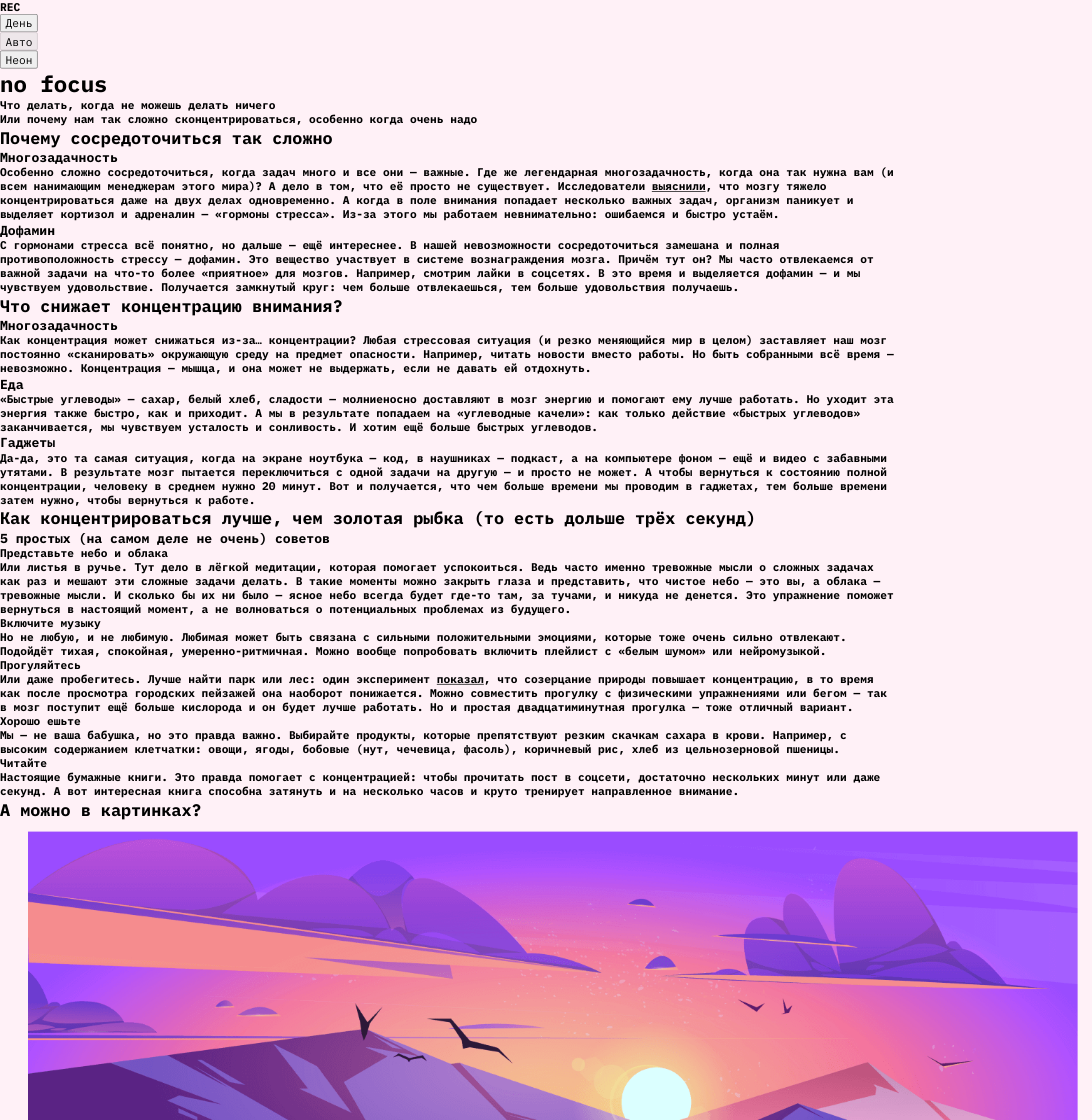
Repository: NikWolf75/slozhno-sosredotochitsya-fd
Page: index.html
The author's editor kept a copy of each file at every save. The page is drawn from the files as they stood at one save, then again after the next save.
The browser window is 1280 px wide. The page is 1540 px wide, then 1560 px, so the pictures cover 1560 px, including what lies to the right of the window. The pictures show the part of the page from y = 0 to 1600 px (the page is 4320 px tall before and 7362 px after), at 70% of full size.

Above is the page before, as saved 2025-02-27 21:30:58.

### index.html
<!DOCTYPE html>
<html lang="ru">
  <head>
    <meta charset="UTF-8" />
    <meta http-equiv="X-UA-Compatible" content="IE=edge" />
    <meta name="viewport" content="width=device-width, initial-scale=1.0" />
    <meta name="color-scheme" content="dark light" />
    <link rel="stylesheet" href="/fonts/fonts.css" />
    <link rel="stylesheet" href="/styles/globals.css" />
    <link rel="stylesheet" href="/styles/variables.css" />
    <link rel="stylesheet" href="/styles/style.css" />
    <link rel="stylesheet" href="/styles/dark.css" />
    <link rel="stylesheet" href="/styles/light.css" />
    <link rel="icon" href="/images/favicon.ico" sizes="any" />
    <link rel="icon" href="/images/favicon.svg" type="image/svg+xml" />
    <title>Сложно сосредоточиться</title>
    <script src="./scripts/script.js"></script>
  </head>
  <body class="page">
    <header class="header decorated-zone">
      <p class="rec_element">REC</p>
      <nav class="header__theme-menu">
        <ul class="header__theme-menu-list">
          <li class="header__theme-menu-item">
            <button
              class="header__theme-menu-button header__theme-menu-button_type_light"
            >
              День
            </button>
          </li>
          <li class="header__theme-menu-item">
            <button
              class="header__theme-menu-button header__theme-menu-button_active header__theme-menu-button_type_auto"
              disabled
            >
              Авто
            </button>
          </li>
          <li class="header__theme-menu-item">
            <button
              class="header__theme-menu-button header__theme-menu-button_type_dark"
            >
              Неон
            </button>
          </li>
        </ul>
      </nav>
      <h1 class="title_main">no focus</h1>
      <div class="title-decor">
        <p>Что делать, когда не можешь делать ничего</p>
        <p>
          Или почему нам так сложно сконцентрироваться, особенно когда очень
          надо
        </p>
      </div>
    </header>
    <main class="content">
      <section class="content__section">
        <h2 class="question_text">Почему сосредоточиться так сложно</h2>
        <article class="content__answers">
          <h3 class=".content__answer-short">Многозадачность</h3>
          <p class="answer_large">
            Особенно сложно сосредоточиться, когда задач много и все они —
            важные. Где же легендарная многозадачность, когда она так нужна вам
            (и всем нанимающим менеджерам этого мира)? А дело в том, что её
            просто не существует. Исследователи
            <a class="link-text" href="#0">выяснили</a>, что мозгу тяжело
            концентрироваться даже на двух делах одновременно. А когда в поле
            внимания попадает несколько важных задач, организм паникует и
            выделяет кортизол и адреналин — «гормоны стресса». Из-за этого мы
            работаем невнимательно: ошибаемся и быстро устаём.
          </p>
        </article>
        <article class="content__answers">
          <h3 class=".content__answer-short">Дофамин</h3>
          <p class="answer_large">
            С гормонами стресса всё понятно, но дальше — ещё интереснее. В нашей
            невозможности сосредоточиться замешана и полная противоположность
            стрессу — дофамин. Это вещество участвует в системе вознаграждения
            мозга. Причём тут он? Мы часто отвлекаемся от важной задачи на
            что-то более «приятное» для мозгов. Например, смотрим лайки в
            соцсетях. В это время и выделяется дофамин — и мы чувствуем
            удовольствие. Получается замкнутый круг: чем больше отвлекаешься,
            тем больше удовольствия получаешь.
          </p>
        </article>
      </section>
      <section class="content__section content__what">
        <h2 class="question_text">Что снижает концентрацию внимания?</h2>
        <article class="content__answers">
          <h3 class="content__answer-short">Многозадачность</h3>
          <p class="answer_large">
            Как концентрация может снижаться из-за… концентрации? Любая
            стрессовая ситуация (и резко меняющийся мир в целом) заставляет наш
            мозг постоянно «сканировать» окружающую среду на предмет опасности.
            Например, читать новости вместо работы. Но быть собранными всё время
            — невозможно. Концентрация — мышца, и она может не выдержать, если
            не давать ей отдохнуть.
          </p>
        </article>
        <article class="content__answers">
          <h3 class="content__answer-short">Еда</h3>
          <p class="answer_large">
            «Быстрые углеводы» — сахар, белый хлеб, сладости — молниеносно
            доставляют в мозг энергию и помогают ему лучше работать. Но уходит
            эта энергия также быстро, как и приходит. А мы в результате попадаем
            на «углеводные качели»: как только действие «быстрых углеводов»
            заканчивается, мы чувствуем усталость и сонливость. И хотим ещё
            больше быстрых углеводов.
          </p>
        </article>
        <article class="content__answers">
          <h3 class="content__answer-short">Гаджеты</h3>
          <p class="answer_large">
            Да-да, это та самая ситуация, когда на экране ноутбука — код, в
            наушниках — подкаст, а на компьютере фоном — ещё и видео с забавными
            утятами. В результате мозг пытается переключиться с одной задачи на
            другую — и просто не может. А чтобы вернуться к состоянию полной
            концентрации, человеку в среднем нужно 20 минут. Вот и получается,
            что чем больше времени мы проводим в гаджетах, тем больше времени
            затем нужно, чтобы вернуться к работе.
          </p>
        </article>
      </section>
      <section class="content__section">
        <h2 class="question_text">
          Как концентрироваться лучше, чем золотая рыбка (то есть дольше трёх
          секунд)
        </h2>
        <article class="content__answers advice">
          <h3 class="content__answer-short sub_content__answer-short">
            5 простых (на самом деле не очень) советов
          </h3>
          <h4 class="advice">
            Представьте небо и облака
          </h4>
          <p class="answer_large">
            Или листья в ручье. Тут дело в лёгкой медитации, которая помогает
            успокоиться. Ведь часто именно тревожные мысли о сложных задачах как
            раз и мешают эти сложные задачи делать. В такие моменты можно
            закрыть глаза и представить, что чистое небо — это вы, а облака —
            тревожные мысли. И сколько бы их ни было — ясное небо всегда будет
            где-то там, за тучами, и никуда не денется. Это упражнение поможет
            вернуться в настоящий момент, а не волноваться о потенциальных
            проблемах из будущего.
          </p>
        </article>
          <h4 class="advice">
            Включите музыку
          </h4>
          <p class="answer_large">
            Но не любую, и не любимую. Любимая может быть связана с сильными
            положительными эмоциями, которые тоже очень сильно отвлекают.
            Подойдёт тихая, спокойная, умеренно-ритмичная. Можно вообще
            попробовать включить плейлист с «белым шумом» или нейромузыкой.
          </p>
          <h4 class="advice">
            Прогуляйтесь
          </h4>
          <p class="answer_large">
            Или даже пробегитесь. Лучше найти парк или лес: один эксперимент
            <a class="link-text" href="#0">показал</a>, что созерцание природы
            повышает концентрацию, в то время как после просмотра городских
            пейзажей она наоборот понижается. Можно совместить прогулку с
            физическими упражнениями или бегом — так в мозг поступит ещё больше
            кислорода и он будет лучше работать. Но и простая двадцатиминутная
            прогулка — тоже отличный вариант.
          </p>
          <h4 class="advice">
            Хорошо ешьте
          </h4>
          <p class="answer_large">
            Мы — не ваша бабушка, но это правда важно. Выбирайте продукты,
            которые препятствуют резким скачкам сахара в крови. Например, с
            высоким содержанием клетчатки: овощи, ягоды, бобовые (нут, чечевица,
            фасоль), коричневый рис, хлеб из цельнозерновой пшеницы.
          </p>
          <h4 class="advice">
            Читайте
          </h4>
          <p class="answer_large">
            Настоящие бумажные книги. Это правда помогает с концентрацией: чтобы
            прочитать пост в соцсети, достаточно нескольких минут или даже
            секунд. А вот интересная книга способна затянуть и на несколько
            часов и круто тренирует направленное внимание.
          </p>
        </article>
      </section>
      <section class="content__section content__gallery">
        <h2 class="content__answer-short">А можно в картинках?</h2>
        <div class="gallery">
          <figure class="gallery__item">
            <img
              class="content__section-image"
              src="./images/sunset.png"
              alt="Вид острова на закате"
              loading="lazy"
            />
          </figure>
          <figure class="gallery__item">
            <img
              class="gallery__section-image"
              src="./images/ice-cream.png"
              alt="Чаша с мороженным"
              loading="lazy"
            />
          </figure>
          <figure class="gallery__item">
            <img
              class="gallery__section-image"
              src="./images/tape.png"
              alt="Кассета"
              loading="lazy"
            />
          </figure>
          <figure class="gallery__item">
            <img
              class="gallery__section-image"
              src="./images/books.png"
              alt="Стопка книг"
              loading="lazy"
            />
          </figure>
          <figure class="gallery__item">
            <img
              class="gallery__section-image"
              src="./images/street.png"
              alt="Улица"
              loading="lazy"
            />
          </figure>
        </div>
      </section>
    </main>
    <footer class="footer decorated-zone">
      <h2 class="title_main footer__title">focus</h2>
    </footer>
  </body>
</html>

### styles/globals.css
*,
*::before,
*::after {
  box-sizing: border-box;
}

body {
  min-inline-size: 375px;
  max-inline-size: 1440px;
  margin: 0 auto;
}

h1,
h2,
h3,
h4,
h5,
h6,
p {
  margin: 0;
}

ul {
  margin: 0;
  padding: 0;
  list-style: none;
}

picture {
  margin: 0;
  padding: 0;
}

button,
a {
  font-family: inherit;
  font-size: inherit;
  line-height: inherit;
  color: currentColor;
}

### styles/variables.css
:root {
  --main-font: 'IBM Plex mono';
}

### styles/style.css
.page {
  display: flex;
  flex-direction: column;
  font-family: var(--main-font), monospace;

  position: relative;
  font-weight: 700;
  background-color: var(--main-background-color);
  background-image: var(--main-background-image;
  background-attachment: fixed;
  background-position: center;
  background-size: cover;
  color: var(--main-font-color);
 }

.decorated-zone {
  position: relative;
}

.decorated-zone::after,
.decorated-zone::before {
  position: absolute;
  inline-size: 25px;
  block-size: 25px;
  content: "";
  border: 1px solid var(--corner-color);
}

.decorated-zone::after {
  border-top: none;
  border-right: none;
  bottom: 10px;
  left: 10px;
}

@media (width >= 768px) {
  .decorated-zone::before {
    right: 20px;
    top: 20px;
  }
}

.decorated-zone::before {
  border-left: none;
  border-bottom: none;
  right: 10px;
  top: 10px;
}

@media (width >= 768px) {
  .decorated-zone::before {
    bottom: 20px;
    left: 20px;
  }
}

.rec_element {
  position: absolute;
  align-self: start;
  justify-self: end;
  margin: 0;
  right: 10px;
  margin-right: 28px;
  grid-column: 3;
  grid-row: 1;
  color: var(--rec-theme-color);
  gap: 10px;
}

@media (width >= 768px) {
  .rec_element {
    right: 20px;
  }
}

.rec_element::after {
  content: "";
  border-radius: 50%;
  position: absolute;
  top: 8px;
  left: 44px;
  background: var(--accent-color);
  width: 10px;
  height: 10px;
  box-shadow: 0 0 4px 2px var(--accent-color)
}

.header {
  display: grid;
  grid-template-columns: repeat(3, 1fr);
  grid-template-rows: 1fr min-content 1fr;
  align-items: center;
  justify-items: end;
  position: relative;
  block-size: min(668px, 100vh);
  padding: var(--main-padding-small, 10px);
  inline-size: 100%;
 }

 @media (width >= 768px) {
  .header {
    padding: 20px 20px 20px 0;
    block-size: max(1024px, 100vh);
  }
 }

 @media (width >= 1024px) {
  .header {
    block-size: max(768px, 100vh);
  }
 }

 .header__theme-menu {
  grid-column: 3;
  grid-row: 1;
  justify-self: end;
  align-self: center;
}

@media (width >= 1024px) {
  .header__theme-menu {
    grid-column: 1 / -1;
    align-self: start;
    justify-self: center;
    margin-left: 20px;
  }
 }

.header__theme-menu-list {
  display: flex;
  flex-direction: column;
  list-style: none;
  row-gap: 10px;
}

@media (width >= 1024px) {
  .header__theme-menu-list {
    display: flex;
    flex-direction: row;
    column-gap: 10px;
  }
 }

.header__theme-menu-button {
  font-family: inherit;
  background: transparent;
  color: var(--button-text-color);
  border: none;
  text-transform: lowercase;
  border: none;
  height: 26px;
  padding-right: 13px;
  padding-left: 13px;
}

.header__theme-menu-bitton:hover {
  outline: 1px solid var(--button-outline-color)
}

.header__theme-menu-button_active {
  outline: 1px solid var(--button-theme-colo);
}

.header__theme-menu-button:focus {
  outline: none;
  text-decoration: underline;
}

.header__theme-menu-button:focus-visible {
  outline: none;
  text-decoration: underline;
}

.title_main {
  font-family: inherit;
  font-size: clamp(7.25rem, 7.0115rem + 1.0178vw, 7.5rem);
  line-height: 95.7px;
  color: var(--title-main-text-color);
  text-shadow: 4px 4px 0 var(--accent-color);
  cursor: default;
  grid-column: 1 / -1;
  grid-row: 2;
}

@media (width >= 1024px) {
  .title_main {
    line-height: 129px;
  }
}

@media (width >= 768px) {
  .title_main {
    font-size: clamp(7.5rem, 0.5625rem + 14.4531vw, 9.8125rem);
    font-weight: 700;
    line-height: 99px;
  }
}

.title-decor {
  font-weight: 700;
  font-family: var(--main-font), monospace;
  line-height: 23px;
  background-color: var(--accent-color);
  color: var(--title-font-color);
  grid-row: 3;
  grid-column: 1 / -1;
  border: 1px solid var(--main-background-color);
  margin: 0;
  justify-self: end;
  align-self: center;
}

@media (width >= 768px) {
  .title-decor {
    max-width: 49%;
  }
}

.content {
  display: flex;
  box-sizing: border-box;
  flex-direction: column;
  padding: 40px 10px 0 10px;
  row-gap: 50px;
}

@media (width >= 768px) {
  .content {
    padding: 60px 20px 20px 20px;
    row-gap: 80px;
  }
  .content__section {
    display: grid;
    grid-template-columns: 1fr 2fr;
    column-gap: 20px;
  }
}

@media (width >= 1024px) {
  .content__section {
    column-gap: 10px;
  }
}

.content__what, .content__answers {
  margin-bottom: 20px;
}

.content__what, .content__answers:last-of-type {
  margin-bottom: 0;
}

.content__gallery, .content__answer-short {
  font-size: 18px;
}

@media (width >= 768px) and (width < 1024px) {
  .content__what,
  .content__gallery {
    display: grid;
    grid-template-columns: repeat(3, 1fr);
    grid-template-rows: min-content, 1fr;
    row-gap: 20px;
  }

  .content__what, .question_text {
    grid-row: 1;
    grid-column: 1;
  }

  .content__what, .content__answers {
    grid-row: 2;
    grid-column: 1 / -1;
    margin-bottom: 20px;
  }

  .content__gallery, .content__answer-short {
    grid-row: 1;
    grid-column: 1 / -1;
    margin: 0;
  }

  .content__gallery, .gallery {
    grid-row: 2;
    grid-column: 1 / -1;
  }
}

@media (width >= 1024px) {
  .content__what,
  .content__gallery {
    display: grid;
    grid-template-columns: repeat(3, 1fr);
    row-gap: 20px;
  }

  .content__what, .question_text {
    grid-row: 1;
    grid-column: 1;
  }

  .content__what, .content__answers {
    display: grid;
    grid-row: 2;
    grid-column: 1 / -1;
    column-gap: 20px;
    grid-template-columns: repeat(auto-fit, minmax(calc((100% - 40px) / 3), 1fr));
  }

  .content__gallery, .content__answer-short {
    grid-row: 1;
    grid-column: 1 / -1;
    margin: 0;
  }

  .content__gallery, .gallery {
    grid-row: 2;
    grid-column: 1 / -1;
  }
}

.question_text {
  font-family: var(--main-font), monospace;
  font-size: 18px;
  font-weight: 700;
  line-height: 23.5px;
  color: var(--question_text-color);
  margin: 0;
  margin-bottom: 20px;
}

@media (width >= 768px) {
  .question_text {
    padding-right: 9px;
    margin-bottom: 0;
  }
}

.content__answers {
  font-family: var(--main-font), monospace;
  font-size: 18px;
  font-weight: 700;
  line-height: 23.5px;
  color: var(--content__answer-short-color);
}

.content_how {
  display: flex;
  flex-direction: column;
}

.content__answer-short {
  color: var(--content__answer-short-color);
  background-color: var(--accent-color);
  margin: 0;
  margin-bottom: 10px;
  font-family: inherit;
  font-size: inherit;
  font-weight: inherit;
  line-height: inherit;
}

.sub_content__answer-short {
  margin-bottom: 20px;
}

.answer_large {
  font-family: inherit;
  font-size: inherit;
  font-weight: 400;
  line-height: inherit;
  color: var(--answer-text-color);
  margin: 0;
  margin-bottom: 20px;
}

.content__answers, .answer_large:last-of-type {
  margin-bottom: 0;
}

.link-text {
  text-decoration: none;
  color: inherit;
  text-shadow: 2px 2px 0 var(--shadow-accent-color);
}

.link-text:hover {
  border-bottom: 1px solid var(--menu-color);
}

.link-text:focus {
  outline: none;
  border: none;
}

.link-text:focus-visible {
  outline: 1px solid var(--answer-text-color);
  border: 1px solid transparent;
  color: var(--answer-text-color);
}

.advice {
  font-family: var(--main-font), monospace;
  font-size: 18px;
  font-weight: 400;
  background-color: var(--accent-color);
  line-height: 23.4px;
  margin: 0 0 10px 0;
}

.gallery {
  display: grid;
  grid-template-columns: 1fr;
  grid-template-rows: 142px 355px 237px 355px 237px;
  gap: 10px;
  grid-auto-flow: dense;
  margin-bottom: 40px;
}

.gallery__item {
  margin: o;
}

.gallery__section-image {
  object-fit: cover;
  inline-size: 100%;
  block-size: 100%;
}

@media (width >= 1024px) {
  .gallery {
    grid-template-rows: 260px 315px 433px;
  }
}

.footer {
  display: grid;
  height: 100vh;
  padding: 10px;
  block-size: max(668px, 100vh);
  grid-template-columns: 1fr;
  grid-template-rows: 1fr min-content 1fr;
}

@media (width >= 768px) {
  .footer {
    padding: 20px;
    block-size: max(1024px, 100vh);
  }
}

@media (width >= 1024px) {
  .footer {
    block-size: max(768px, 100vh);
  }
}

.footer_title {
  justify-self: center;
}

### styles/dark.css
:root.theme-dark {
  --title-short-text-color: #DB00FF;
  --header-background-image: url(../images/cover-image-dark.png);
  --title-text-color: #000028;
  --accent-color: #FF0070;
  --menu-color: #FF0070;
  --menu-color-rgb: rgba(255, 0, 112, 0.4);
  --shadow-accent-color: #FF0070;
  --main-background-color: #000028;
  --answer-text-color: #F1B2CE;
  --answer-short-text-color: #000028;
  --question-text-color: #FF0070;
  --corner-color: #FF0070;
}

.theme-dark .page {
  /* Вам также нужно будет написать ряд подобных селекторов */
}

.theme-dark li {
  outline: none;
}

@media (prefers-color-scheme: dark) {
  :root {
    /* сохраните этот селектор в приведённом виде.
      Так стили написанные ниже будут иметь больший вес,
      чем стили в медиазапросе предпочтений пользователя
    */
    --title-short-text-color: #DB00FF;
    --header-background-image: url(../images/cover-image-dark.png);
    --title-text-color: #000028;
    --accent-color: #FF0070;
    --menu-color: #FF0070;
    --menu-color-rgb: rgba(255, 0, 112, 0.4);
    --shadow-accent-color: #FF0070;
    --main-background-color: #000028;
    --answer-text-color: #F1B2CE;
    --answer-short-text-color: #000028;
    --question-text-color: #FF0070;
    --corner-color: #FF0070;
  }

  li {
    outline: none;
  }
}

### styles/light.css
:root.theme-light {
  --title-short-text-color: #FFC2E6;
  --header-background-image: url(../images/cover-image-light.png);
  --title-text-color: #353430;
  --accent-color: #FF8DCB;
  --menu-color: #353430;
  --menu-color-rgb: rgba(53, 52, 48, 0.4);
  --shadow-accent-color: #FF8DCB;
  --main-background-color: #FFF1F7;
  --answer-text-color: #353430;
  --answer-short-text-color: #353430;
  --question-text-color: #353430;
  --corner-color: #353430;
}

.theme-light .page .rec_element {
  display: none;
}

.theme-light .rec_element::after {
  display: none;
}

.theme-light li {
  outline: none;
}

@media (prefers-color-scheme: light) {
  :root {
    --title-short-text-color: #FFC2E6;
    --header-background-image: url(../images/cover-image-light.png);
    --title-text-color: #353430;
    --accent-color: #FF8DCB;
    --menu-color: #353430;
    --menu-color-rgb: rgba(53, 52, 48, 0.4);
    --shadow-accent-color: #FF8DCB;
    --main-background-color: #FFF1F7;
    --answer-text-color: #353430;
    --answer-short-text-color: #353430;
    --question-text-color: #353430;
    --corner-color: #353430;
  }


  .theme-light .rec_element {
    display: none;
  }

  .theme-auto .rec_element {
    display: none;
  }

  .rec_element .rec_element::after {
    display: none;
  }

  li {
    outline: none;
  }
}

### scripts/script.js
(function initTheme() {
  const theme = localStorage.getItem('theme');
  if (theme) {
    setTheme(theme);
  }
})();

document.addEventListener('DOMContentLoaded', () => {
  const currentTheme = [...document.documentElement.classList]
    .find((cn) => cn.startsWith('theme-'))
    ?.replace('theme-', '');
  const themeButtons = [
    ...document.querySelectorAll('.header__theme-menu-button'),
  ];
  setActiveButton(themeButtons, currentTheme);

  themeButtons.forEach((button) => {
    button.addEventListener('click', () => {
      const chosenTheme = [...button.classList]
        .find((cn) => cn.includes('_type_'))
        .split('_type_')[1];
      setTheme(chosenTheme);
      setActiveButton(themeButtons, chosenTheme);
    });
  });
});

function setTheme(theme) {
  document.documentElement.className = '';
  document.documentElement.classList.add(`theme-${theme}`);
  localStorage.setItem('theme', theme);
}

function setActiveButton(buttonsArray, theme) {
  buttonsArray.forEach((button) => {
    button.classList.remove('header__theme-menu-button_active');
    button.removeAttribute('disabled');
  });
  const target = buttonsArray.find((button) =>
    button.classList.contains(`header__theme-menu-button_type_${theme}`)
  );
  if (target) {
    target.classList.add('header__theme-menu-button_active');
    target.setAttribute('disabled', true);
  } else {
    const autoButton = document.querySelector(
      '.header__theme-menu-button_type_auto'
    );
    autoButton.classList.add('header__theme-menu-button_active');
    autoButton.setAttribute('disabled', true);
  }
}

Loaded but not shown: fonts/fonts.css (common file)

After the next save:
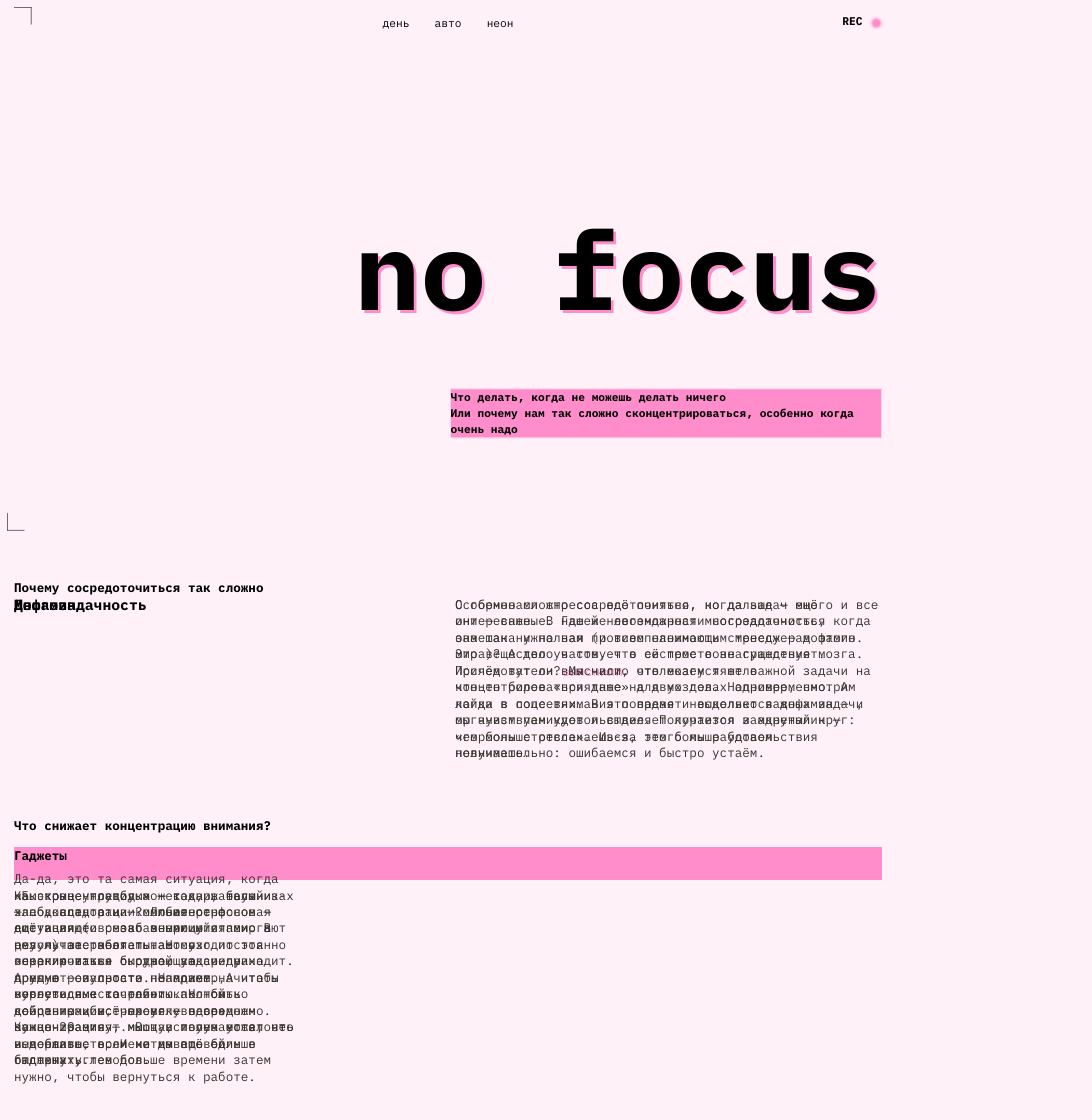
Saved 5 s later.
--- a/styles/style.css
+++ b/styles/style.css
@@ -6,7 +6,7 @@
   position: relative;
   font-weight: 700;
   background-color: var(--main-background-color);
-  background-image: var(--main-background-image;
+  background-image: var(--main-background-image);
   background-attachment: fixed;
   background-position: center;
   background-size: cover;
